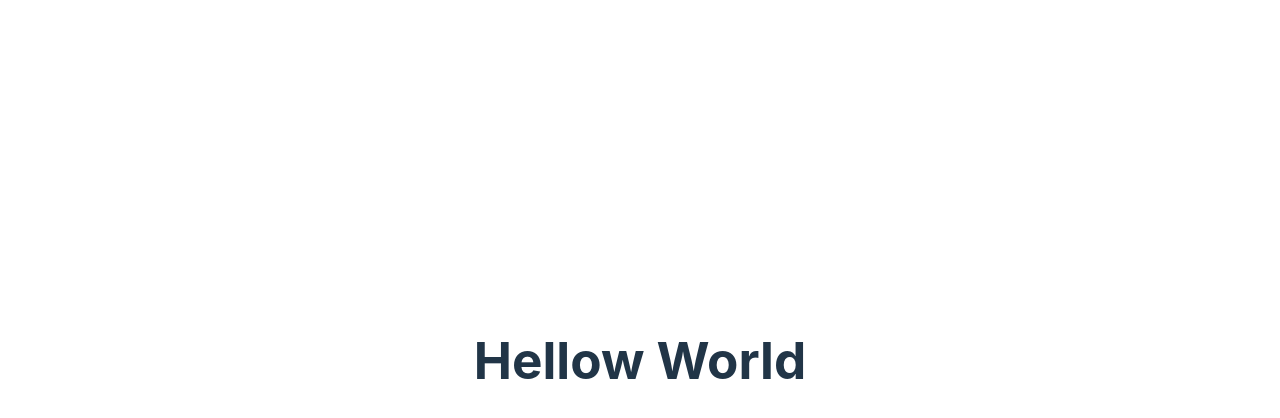
Repository: Wahid137/react-project-one
Page: /
An editor plug-in stored every save of this project. The page is shown before and after the next save, followed by the edit.
The browser window is 1280 px wide. The pictures show the whole page.
The project was rebuilt for these pictures with package versions that can differ from the ones it lists, and the page was loaded fresh each time. Also part of the build but not shown: vite.config.js.

Above is the page before, as saved 2023-08-22 23:29:40.

After the next save:
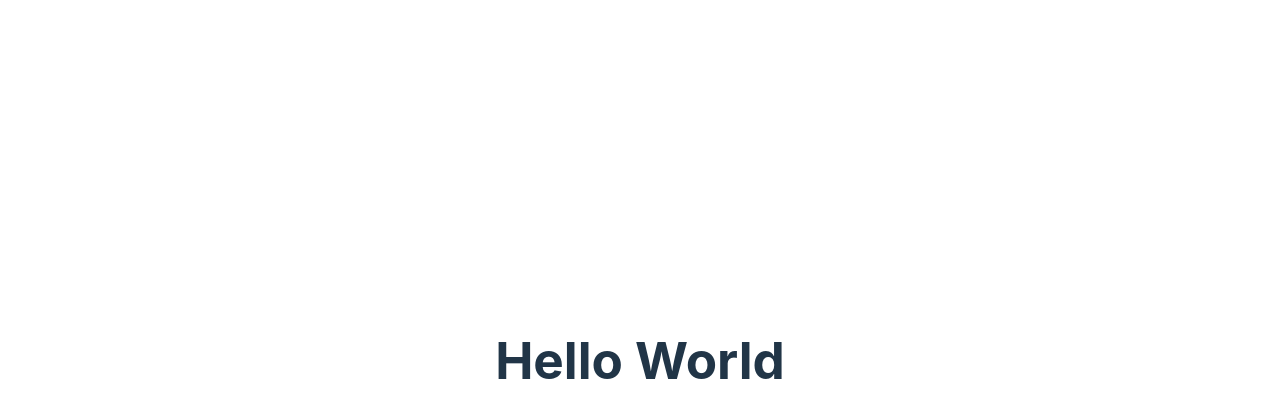
Saved 6 s later.
--- a/src/App.jsx
+++ b/src/App.jsx
@@ -4,7 +4,7 @@
 
   return (
     <>
-    <h1>Hellow World</h1>
+    <h1>Hello World</h1>
     </>
   )
 }
